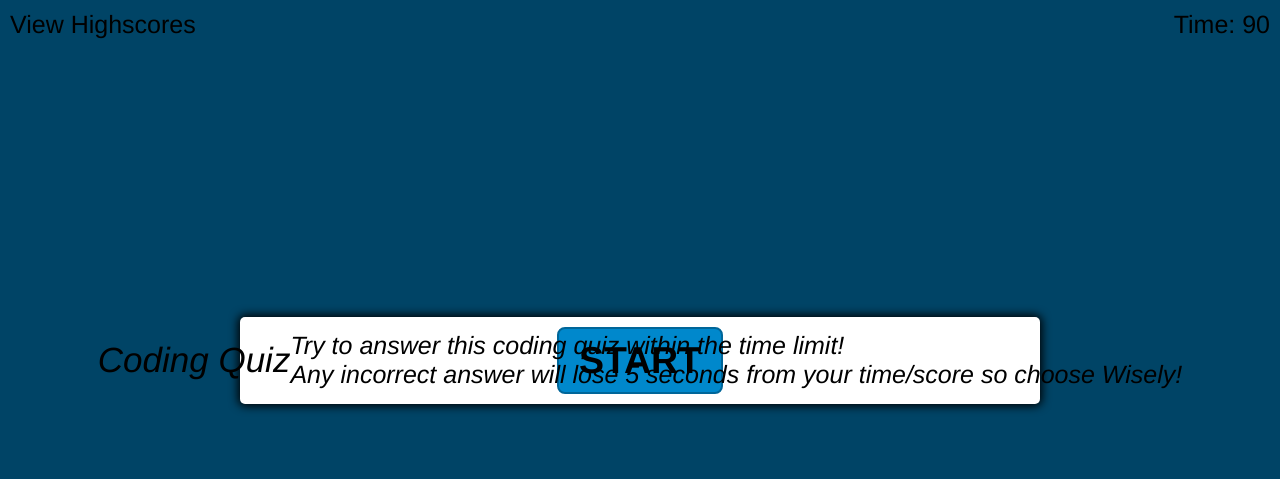
Repository: Vshepard879/Code-Quiz
Page: index.html
These files come from the project's save history. The page is drawn as it stood at one moment and after the next save; the edit follows.
The browser window is 1280 px wide. The pictures show the whole page.

Above is the page before, as saved 2022-03-20 03:33:31.

After the next save:
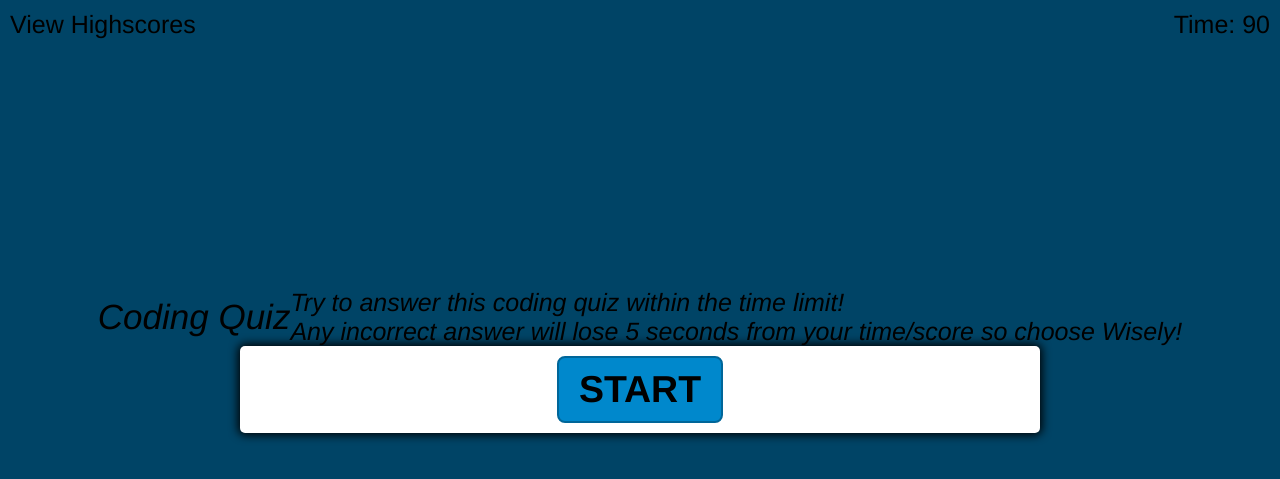
Saved 14 s later.
--- a/assets/css/style.css
+++ b/assets/css/style.css
@@ -14,7 +14,7 @@ header {
     font-style: italic;
     font-size: 35px;
     display: flex;
-    position: absolute;
+    position: relative;
     align-items:center
 
 }
